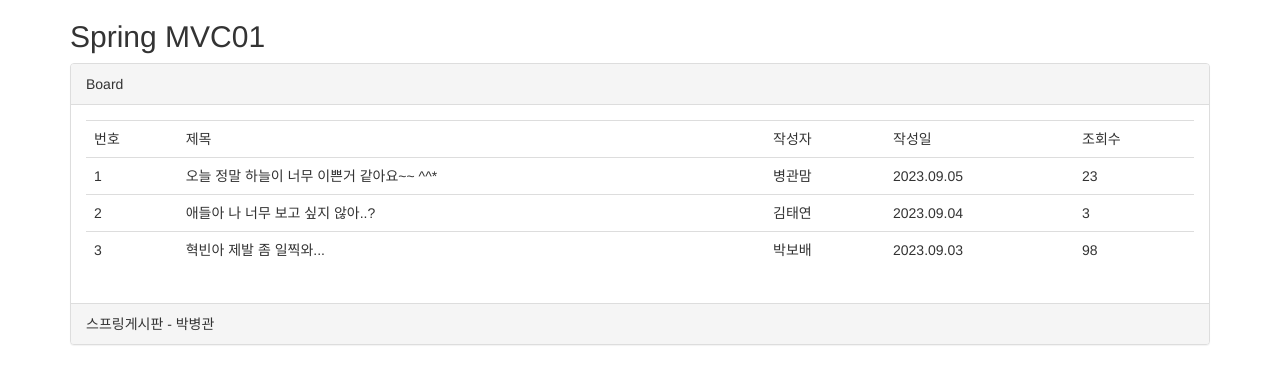
Repository: juhyun98/Spring
Page: http://localhost/SpringMVC01/boardList.do
An editor plug-in stored every save of this project. The page is shown before and after the next save, followed by the edit.
The browser window is 1280 px wide. The pictures show the whole page.
The page is served by Tomcat 9.

Above is the page before, as saved 2023-09-05 02:09:50.

After the next save:
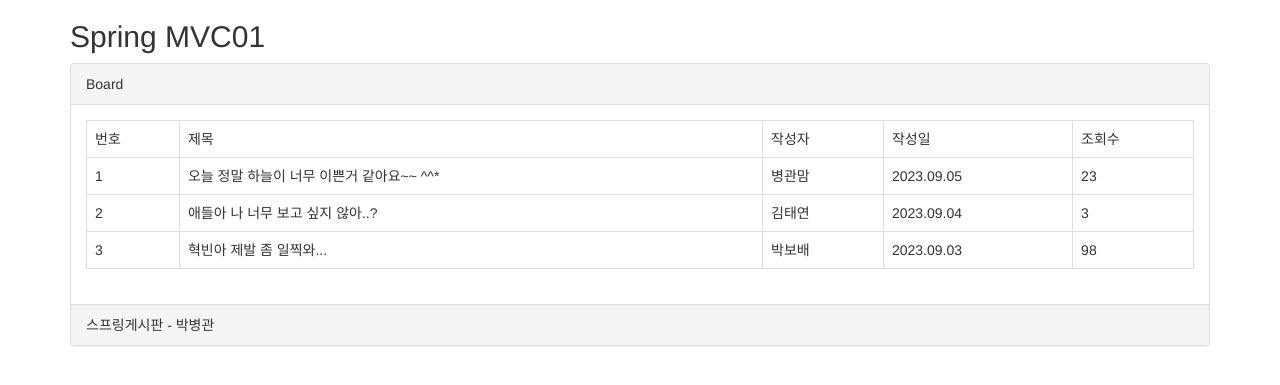
Saved 60 s later.
--- a/SpringMVC01/src/main/webapp/WEB-INF/views/boardList.jsp
+++ b/SpringMVC01/src/main/webapp/WEB-INF/views/boardList.jsp
@@ -17,7 +17,7 @@
 		<div class="panel panel-default">
 			<div class="panel-heading">Board</div>
 			<div class="panel-body">
-				<table class="table">
+				<table class="table table-bordered">
 					<tr>
 						<td>번호</td>
 						<td>제목</td>
